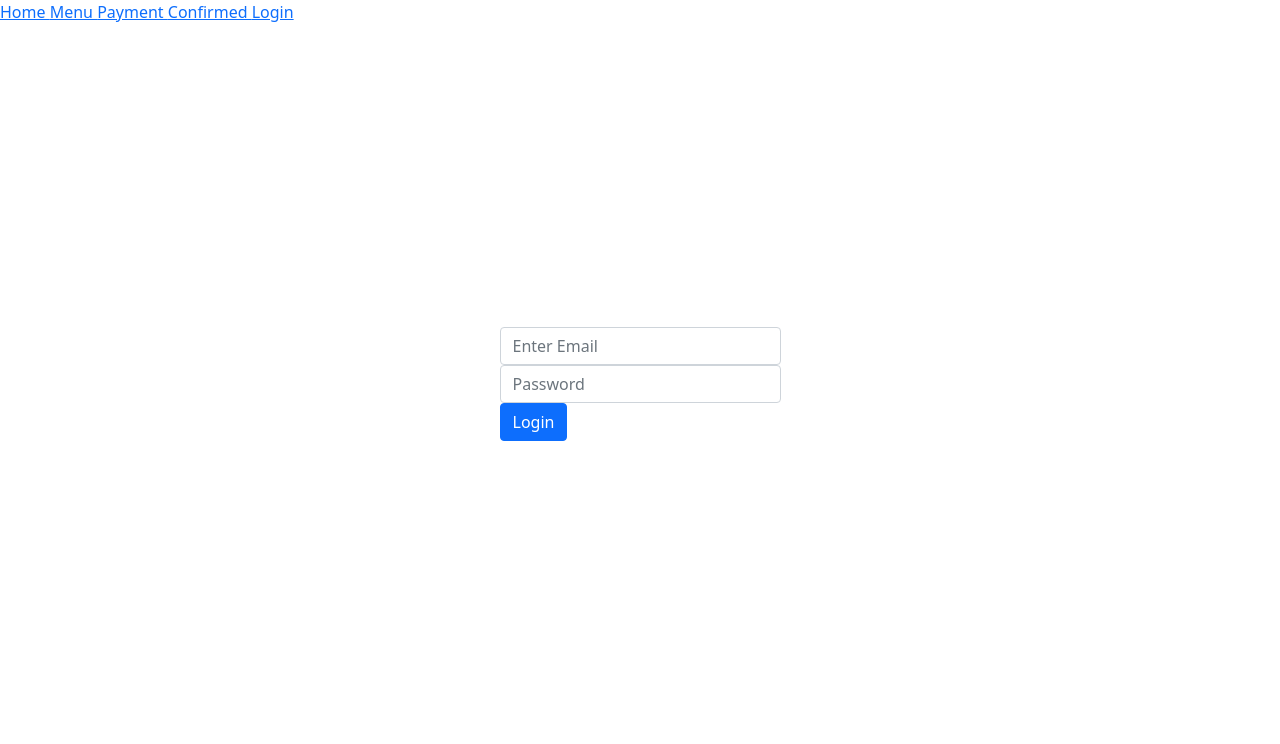
Repository: JoshuaN18/restaurantPOS
Page: /login (app in Frontend/)
These files come from the project's save history. The page is drawn as it stood at one moment and after the next save; the edit follows.
The browser window is 1280 px wide. The pictures show the whole page.
The project was rebuilt for these pictures with package versions that can differ from the ones it lists, and the page was loaded fresh each time. Also part of the build but not shown: Frontend/src/pages/Homepage.css, Frontend/src/pages/Homepage.js, Frontend/src/pages/Menu.js, Frontend/src/pages/Payment.js, Frontend/src/pages/Confirmation.js.

Above is the page before, as saved 2022-07-30 16:14:38.

After the next save:
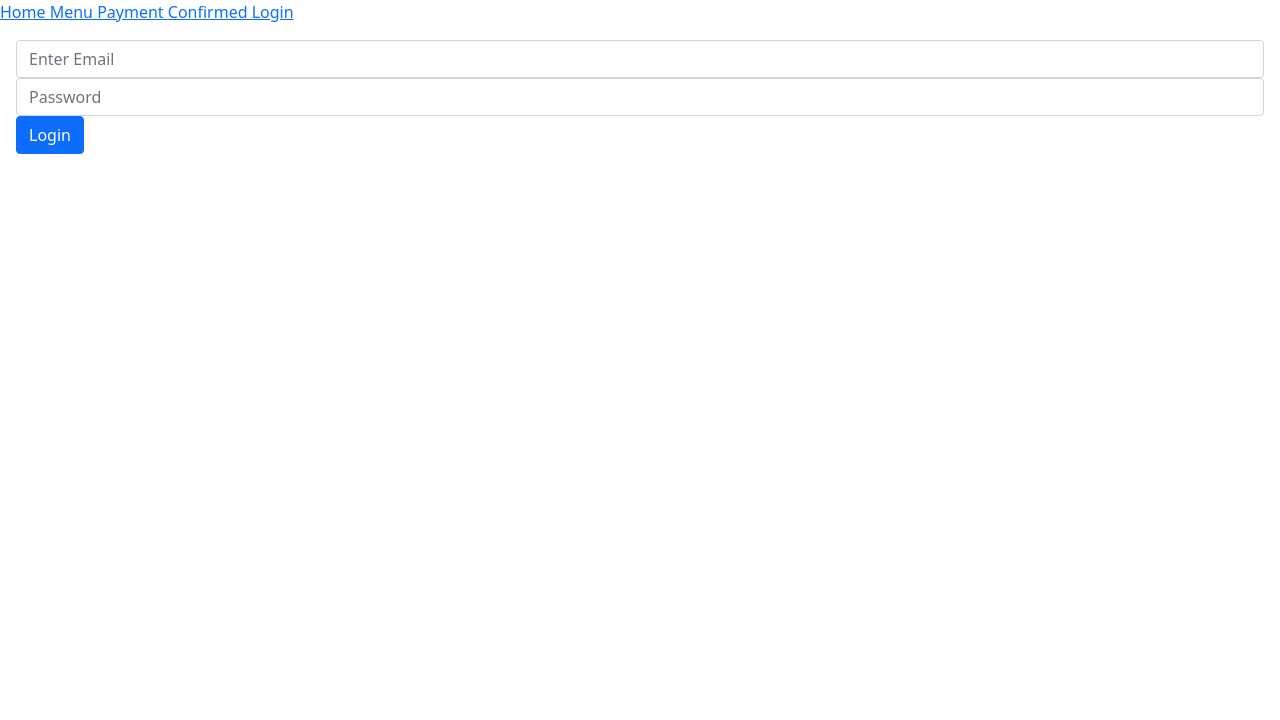
Saved 67 s later.
--- a/Frontend/src/pages/Login.js
+++ b/Frontend/src/pages/Login.js
@@ -4,7 +4,7 @@
 const Login = () => {
   return (
     // div styling taken from stackoverflow, can adjust later
-    <div style={{display: 'flex',  justifyContent:'center', alignItems:'center', height: '100vh'}}>
+    <div>
         <div className="p-3">
         <Row>
           <Col lg={12} md={6} sm={12}>
@@ -15,11 +15,9 @@
               <Form.Group controlID="formBasicPassword">
                 <Form.Control type="password" placeholder="Password"/>
               </Form.Group>
-
               <Button variant="primary btn-block" type="submit">Login</Button>
             </Form>
           </Col>
-
           <Col lg={4} md={6} sm={12}>
           </Col>
         </Row>

After the save that followed:
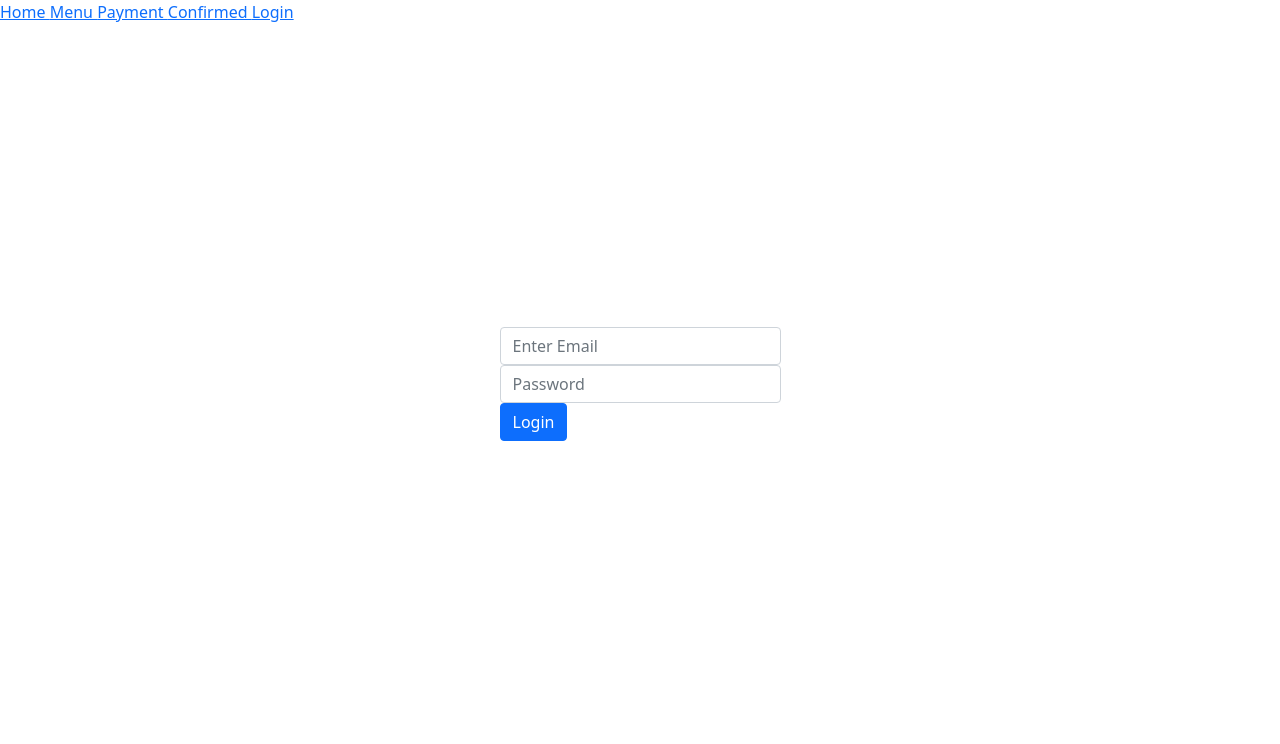
Saved 31 s later.
--- a/Frontend/src/pages/Login.js
+++ b/Frontend/src/pages/Login.js
@@ -4,8 +4,8 @@
 const Login = () => {
   return (
     // div styling taken from stackoverflow, can adjust later
-    <div>
-        <div className="p-3">
+    <div className="p-3" style={{display: 'flex',  justifyContent:'center', alignItems:'center', height: '100vh'}}>
+
         <Row>
           <Col lg={12} md={6} sm={12}>
             <Form>
@@ -21,7 +21,6 @@
           <Col lg={4} md={6} sm={12}>
           </Col>
         </Row>
-      </div>
     </div>
     // <>
     //    <Container className="mt-5">
